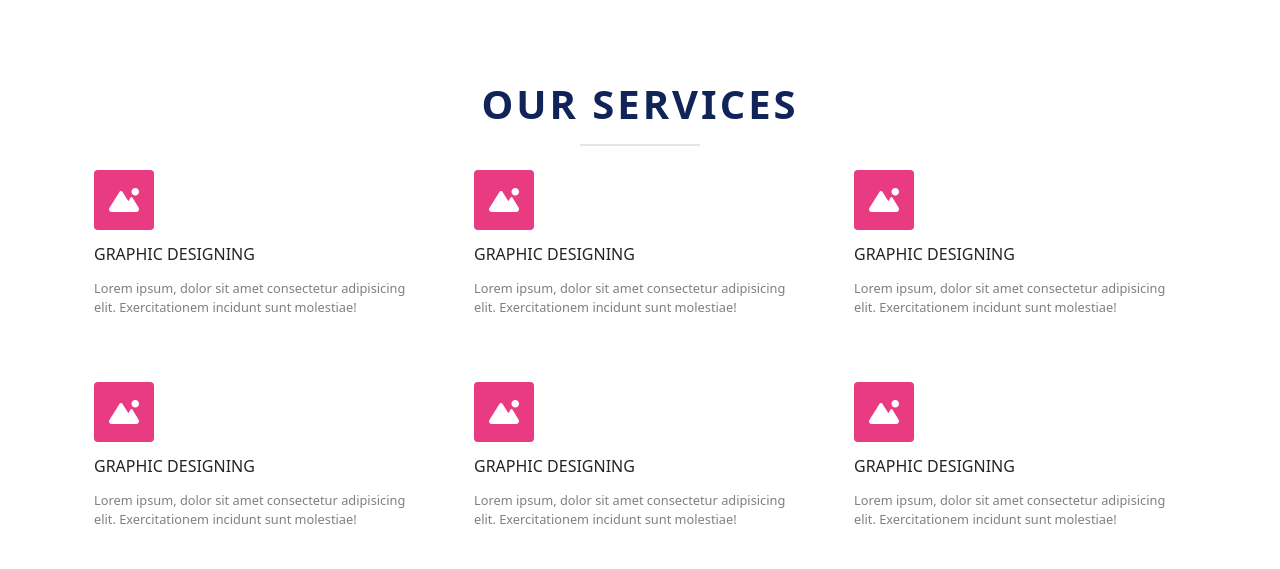
Repository: lhggiang/CaseStudy
Page: index.html
The author's editor kept a copy of each file at every save. The page is drawn from the files as they stood at one save, then again after the next save.
The browser window is 1280 px wide. The pictures show the part of the page from y = 778 to 1367 px (the page is 1347 px tall before and 1367 px after).
Backgrounds fixed to the window are drawn as part of the page. Some web libraries are served in a nearby version. The style sheet was rebuilt from its Sass, Less or Tailwind sources for each picture, by a compiler version that may differ from the author's.

Above is the page before, as saved 2023-02-22 07:59:37.

After the next save:
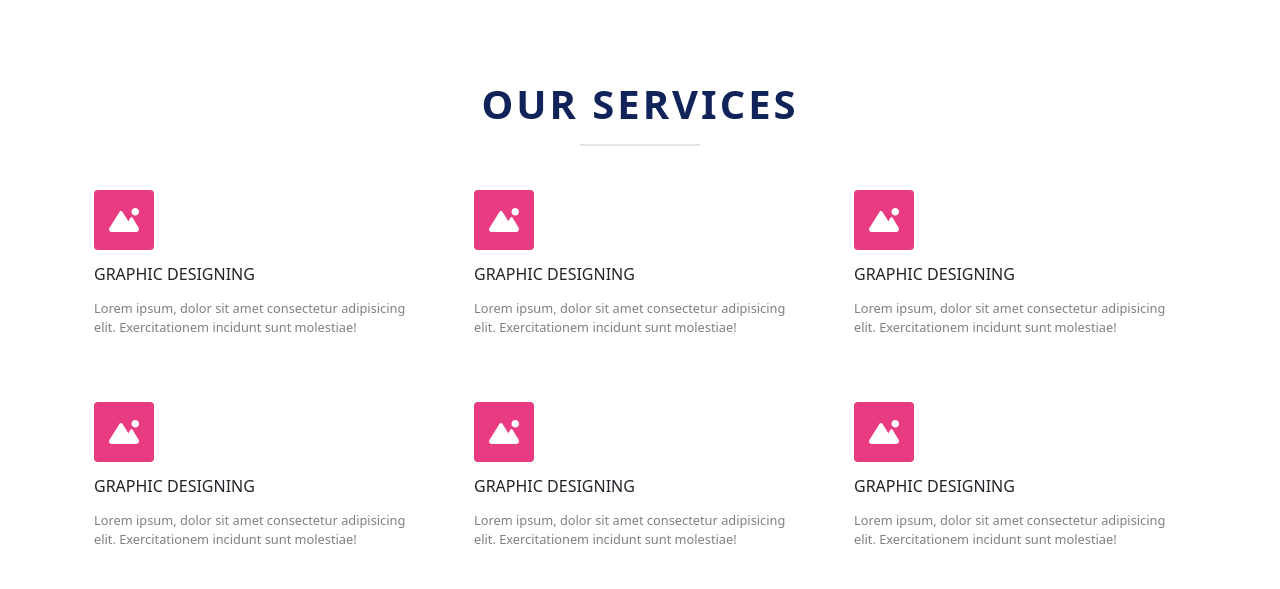
Saved 7 h 14 min later.
--- a/style.scss
+++ b/style.scss
@@ -75,7 +75,7 @@
       width: 120px;
       height: 2px;
       background-color: rgba(0, 0, 0, 0.1);
-      margin: 16px auto 0 auto;
+      margin: 16px auto 20px auto;
     }
   }
   &__icon {

After the save that followed:
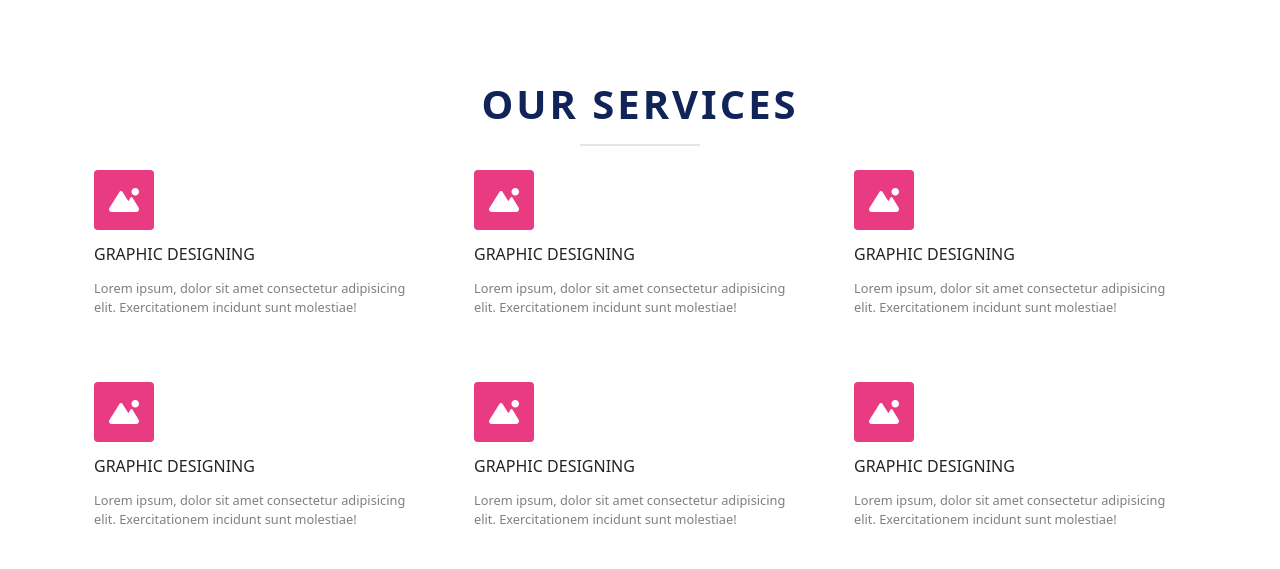
Saved 14 s later.
--- a/style.scss
+++ b/style.scss
@@ -75,7 +75,7 @@
       width: 120px;
       height: 2px;
       background-color: rgba(0, 0, 0, 0.1);
-      margin: 16px auto 20px auto;
+      margin: 16px auto 0 auto;
     }
   }
   &__icon {
